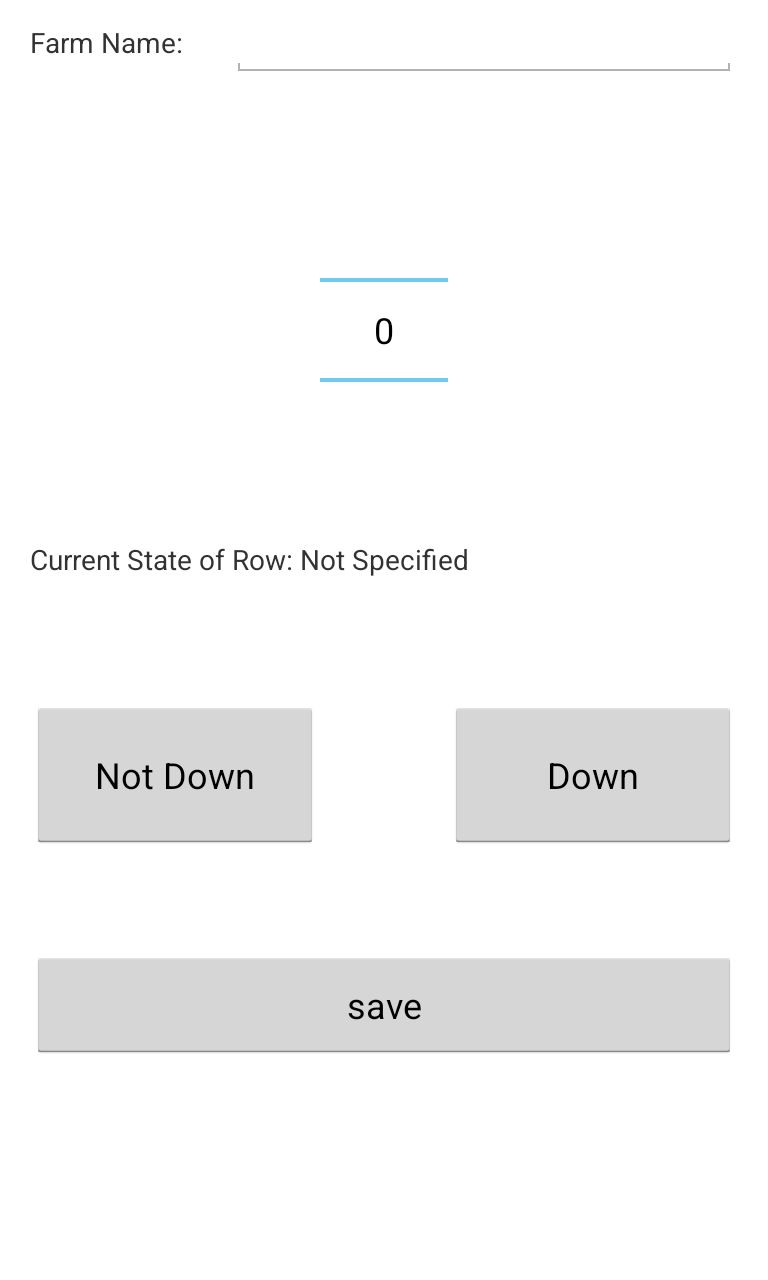
Repository: cokembel/FarmHand
Layout: FarmHand/res/layout/activity_main.xml
These files come from the project's save history. The layout is drawn as it stood at one moment and after the next save; the edit follows.
It is drawn on a 768 x 1280 px phone screen (xhdpi) without system bars, with theme AppTheme; the app's code is not run.

Above is the layout before, as saved 2012-12-10 09:33:01.

After the next save:
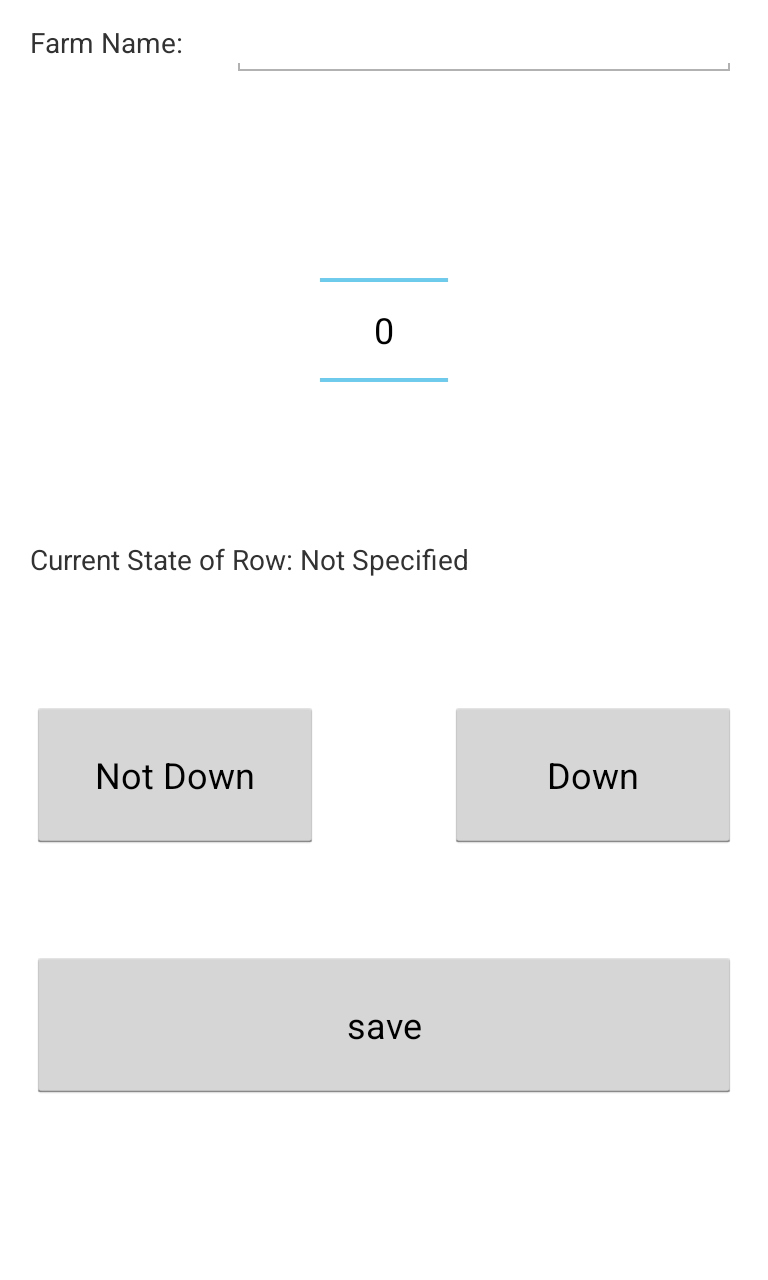
Saved 35 s later.
--- a/FarmHand/res/layout/activity_main.xml
+++ b/FarmHand/res/layout/activity_main.xml
@@ -70,7 +70,7 @@
                 android:layout_alignLeft="@id/farm_label"
                 android:layout_alignRight="@+id/farm_name"
                 android:layout_width="match_parent"
-                android:layout_height="55dp"
+                android:layout_height="75dp"
                 android:layout_alignParentBottom="true"
                 android:text="save" />
 
